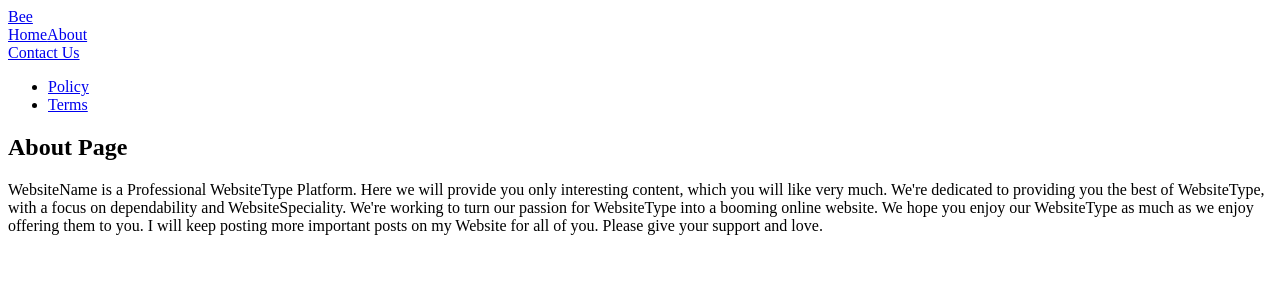
Repository: ble-syn/Random-user-generator-app
Page: /about
These files come from the project's save history. The page is drawn as it stood at one moment and after the next save; the edit follows.
The browser window is 1280 px wide. The pictures show the whole page.
The project was rebuilt for these pictures with package versions that can differ from the ones it lists, and the page was loaded fresh each time. Also part of the build but not shown: src/components/ErrorBoundaries.jsx, src/pages/Home.jsx, src/pages/Policy.jsx, src/pages/Terms.jsx, src/pages/Contact.jsx, src/pages/NotFound.jsx.

Above is the page before, as saved 2022-10-26 00:10:26.

After the next save:
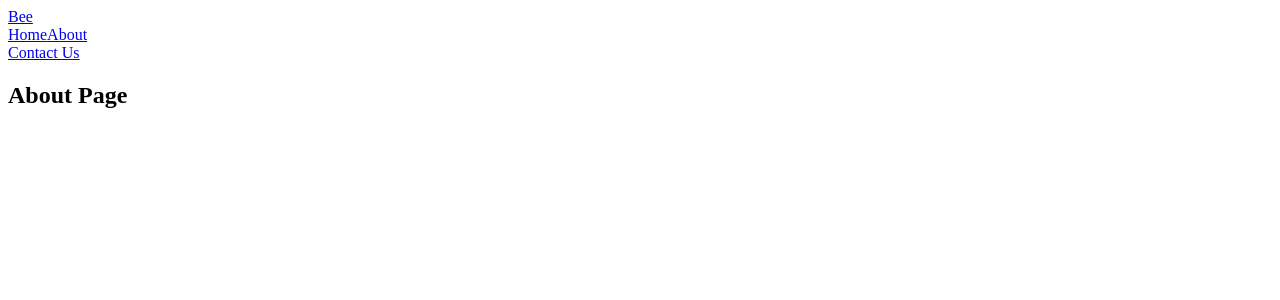
Saved 3 min 18 s later.
--- a/src/pages/About.jsx
+++ b/src/pages/About.jsx
@@ -1,38 +1,12 @@
 import React from "react";
-import { Link, Outlet, useLocation } from "react-router-dom";
+
 
 function About() {
-  const location = useLocation();
+
 
   return (
     <div>
-      <div className="header">
-        <ul>
-          <li>
-            <Link to="/about/policy">Policy</Link>
-          </li>
-          <li>
-            <Link to="/about/terms">Terms</Link>
-          </li>
-        </ul>
-      </div>
-      {location.pathname === "/about" ? (
-        <div>
-          <h2>About Page</h2>
-          <p>
-            WebsiteName is a Professional WebsiteType Platform. Here we will
-            provide you only interesting content, which you will like very much.
-            We're dedicated to providing you the best of WebsiteType, with a
-            focus on dependability and WebsiteSpeciality. We're working to turn
-            our passion for WebsiteType into a booming online website. We hope
-            you enjoy our WebsiteType as much as we enjoy offering them to you.
-            I will keep posting more important posts on my Website for all of
-            you. Please give your support and love.
-          </p>
-        </div>
-      ) : (
-        <Outlet />
-      )}
+      <h2> About Page</h2>
     </div>
   );
 }
